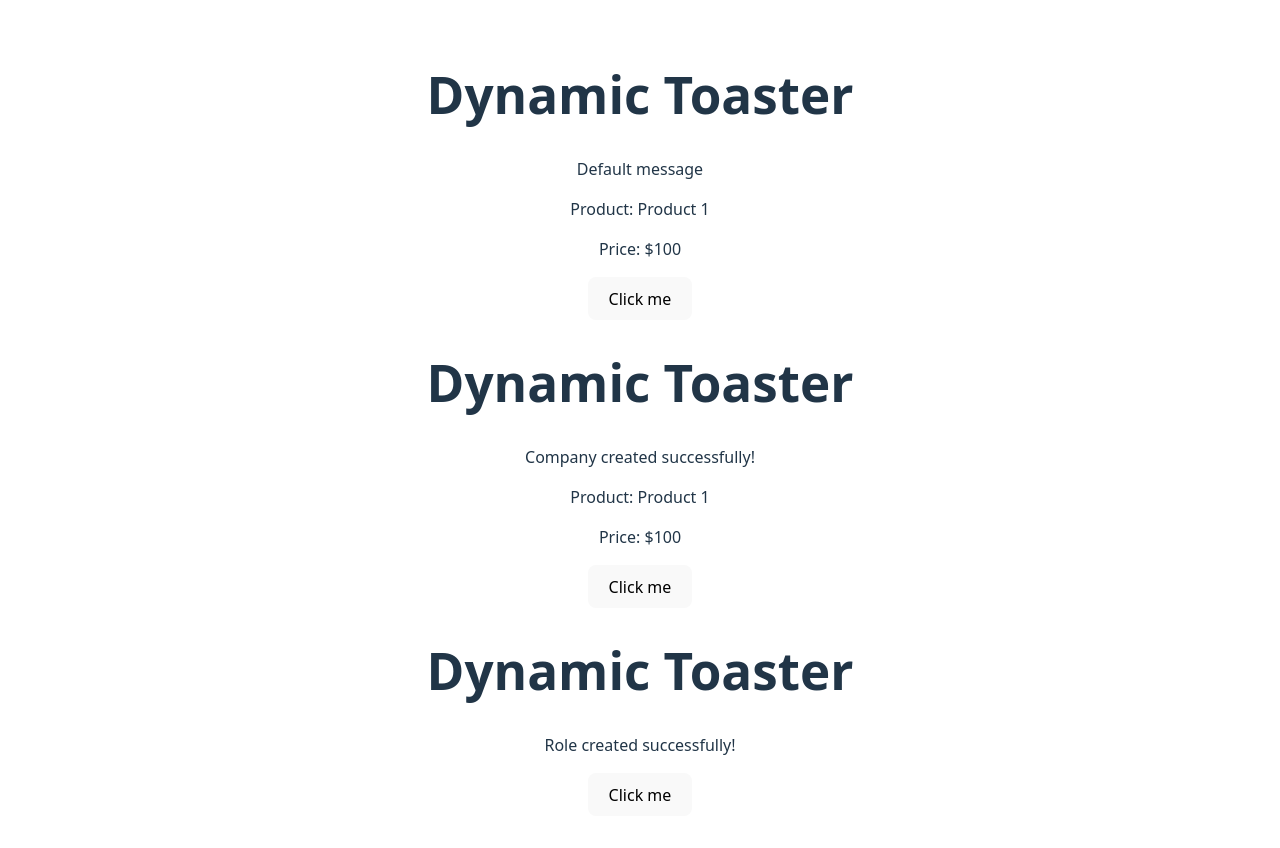
Repository: Janum4444/React-learning
Page: /
An editor plug-in stored every save of this project. The page is shown before and after the next save, followed by the edit.
The browser window is 1280 px wide. The pictures show the whole page.
The project was rebuilt for these pictures with package versions that can differ from the ones it lists, and the page was loaded fresh each time. Also part of the build but not shown: vite.config.js, src/Hello.jsx, src/UserProfile.jsx.

Above is the page before, as saved 2026-02-22 12:33:47.

### src/App.jsx

import './App.css'
import { DynamicToaster } from './DynamicToaster.jsx'
import { Hello } from './Hello.jsx'
import {UserProfile, CustomComponent} from './UserProfile.jsx'

function App() {

  let product = [
    {
      id: 1,
      name: "Product 1",
      price: 100
    },
    {
      id: 2,
      name: "Product 2",
      price: 200
    }
  ]

  return (
    <>
      <div>
        {/* <h1> Hello world</h1>
        <UserProfile />
        <CustomComponent />
        <Hello />   */}
        <DynamicToaster  product={product[0]} />

        {/* //company creation */}
        <DynamicToaster message="Company created successfully!" product={product[0]} label="Company close" />

        <DynamicToaster message="Role created successfully!" />


      </div>
    </>
  )
}

export default App

### src/DynamicToaster.jsx
import { Button } from "./Button"

export const DynamicToaster = ({message = "Default message", product, label = "Close"   }) => {
    // console.log(props);
    // let {message, product} = props

    return (
        <div>
            <h1> Dynamic Toaster </h1>
            <p>{message}</p>
            {product && (
                <div>
                    <p>Product: {product.name}</p>
                    <p>Price: ${product.price}</p>
                </div>
            )}

            <Button label="Click me" onClick={() => alert("Button clicked!")} />
        </div>
    )
}

### src/Button.jsx
export const Button = ({ label, onClick }) => {
    return (
        <button onClick={onClick}>{label}</button>
    )
}

Loaded but not shown: src/main.jsx (common file); src/index.css (common file); src/App.css (common file)

After the next save:
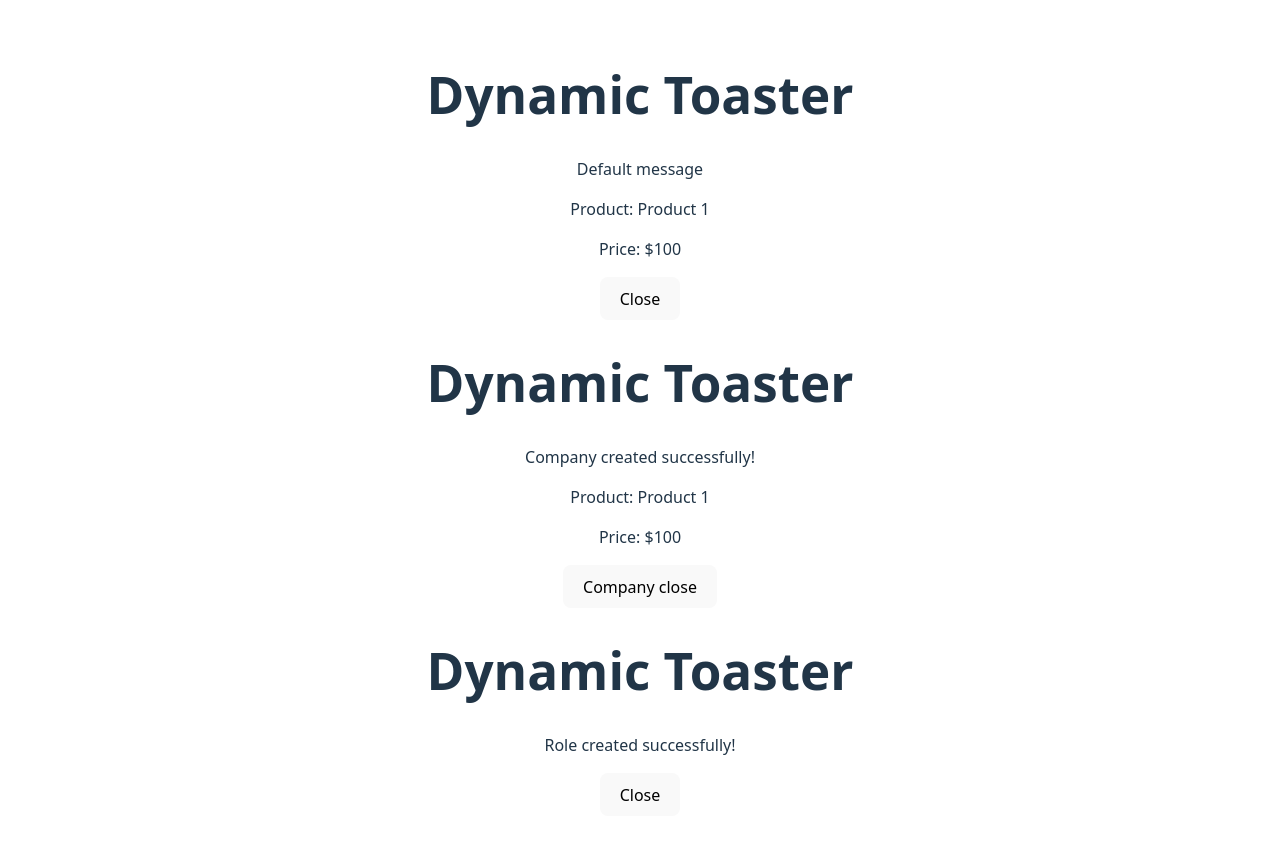
Saved 6 s later.
--- a/src/DynamicToaster.jsx
+++ b/src/DynamicToaster.jsx
@@ -15,7 +15,7 @@ export const DynamicToaster = ({message = "Default message", product, label = "C
                 </div>
             )}
 
-            <Button label="Click me" onClick={() => alert("Button clicked!")} />
+            <Button label={label} onClick={() => alert("Button clicked!")} />
         </div>
     )
 }
